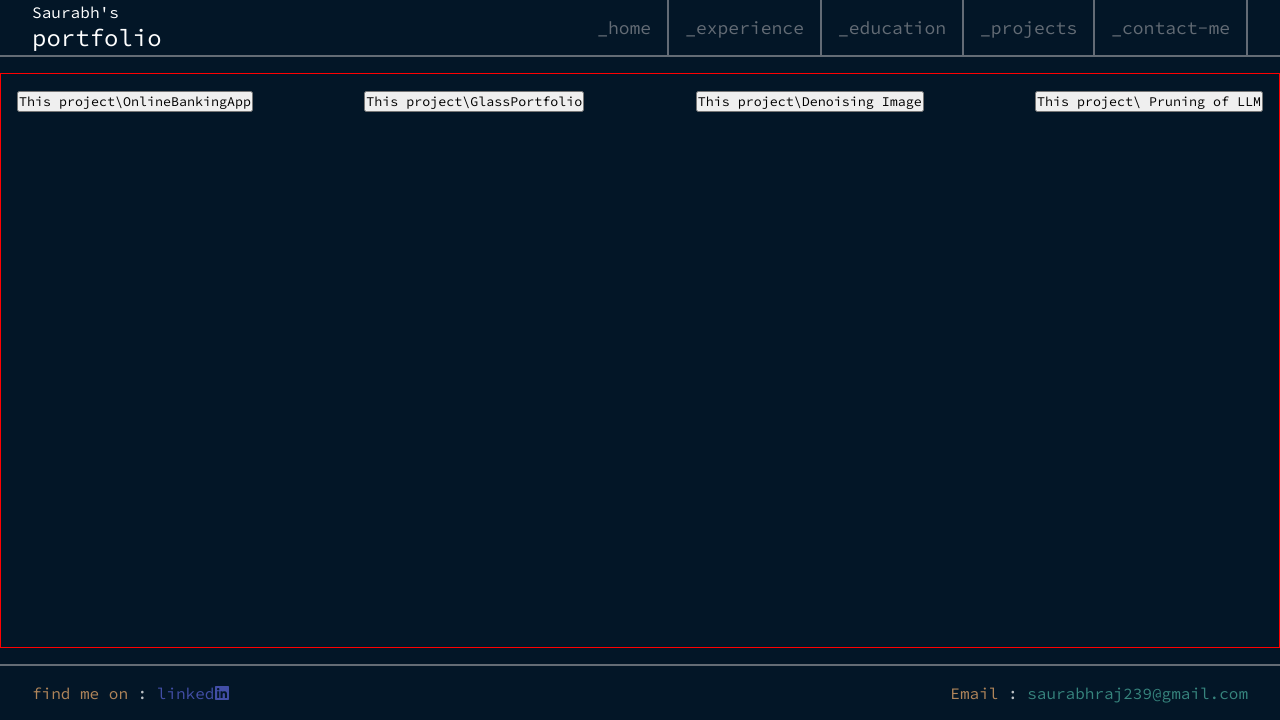
Repository: saurabhraj23/FrontendReactPortfolio
Page: /projects
The author's editor kept a copy of each file at every save. The page is drawn from the files as they stood at one save, then again after a run of saves.
The browser window is 1280 px wide. The pictures show the whole page.
The project was rebuilt for these pictures with package versions that can differ from the ones it lists, and the page was loaded fresh each time. Also part of the build but not shown: vite.config.js, src/components/Education.jsx, src/components/Experience.jsx, src/components/Contacts.jsx, src/styles/default-page.css, src/components/DefaultPage.jsx.

Above is the page before, as saved 2024-07-23 01:13:28.

After the next 2 saves:
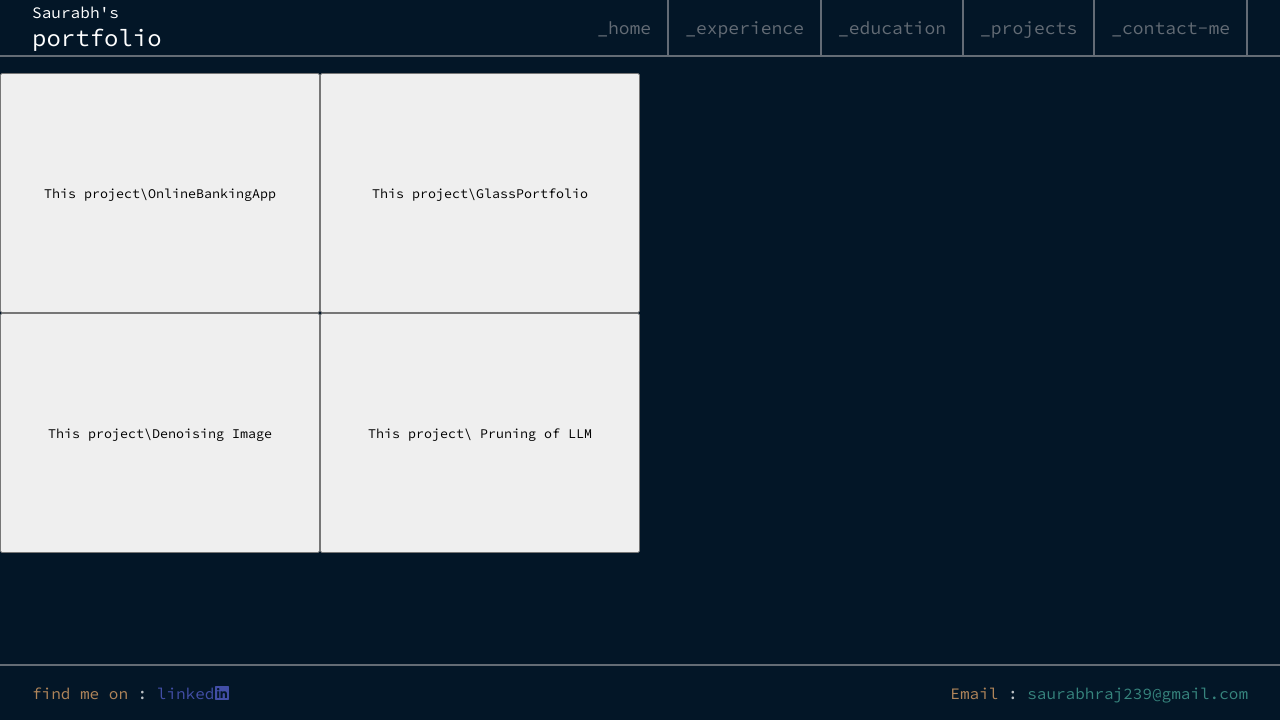
The 2 saves are shown as one change because they came seconds apart.
The last was saved 10 s later.
--- a/src/styles/project.css
+++ b/src/styles/project.css
@@ -2,20 +2,20 @@
   border: 1px solid red;
   display: none;
 }
-.projects-right-side{
+/* .projects-right-side{
   border: 1px solid red;
   grid-column: 1/3;
   display: flex;
   justify-content: space-between;
   padding: 1rem;
-}
+} */
 
-/* .project-item{
+.project-item{
   position: relative;
 width: 20rem;
 height: 15rem;
 transition: all 4s;
-} */
+}
 
 .project-item:hover{
   position: absolute;
